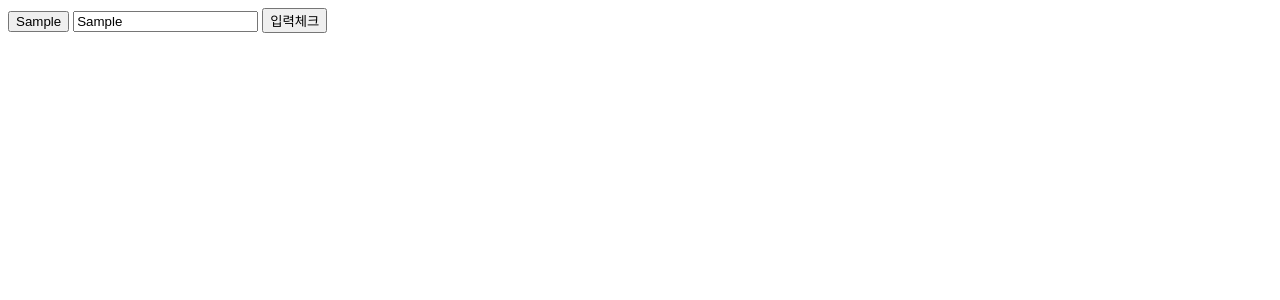
Repository: mjh1583/Hustar03_eGov
Page: http://localhost/JavaScript/js005.jsp
These files come from the project's save history. The page is drawn as it stood at one moment and after the next save; the edit follows.
The browser window is 1280 px wide. The pictures show the whole page.
Empty fields were first filled with sample values (such as "Sample", 5 or name@example.com).
After loading, the first visible `input[onclick="fn_check();"]` was clicked once.
The page is served by Tomcat 9.

Above is the page before, as saved 2021-05-06 06:38:02.

### workspace/JavaScript/src/main/webapp/js005.jsp
<%@ page language="java" contentType="text/html; charset=UTF-8"
    pageEncoding="UTF-8"%>
<!DOCTYPE html>
<html>
<head>
	<meta charset="UTF-8">
	<title>이벤트 - JQuery</title>
</head>
<body>
	<div>
		<input type="text" id="txt" class="cls_txt" name="txt" placeholder="입력란..."/>
		<input type="text" id="txt2" class="cls_txt" name="txt2" placeholder="입력란2..."/>
		<input type="button" value="입력체크" onclick="fn_check();"/>
	</div>

	<script src="https://code.jquery.com/jquery-3.6.0.js" ></script>
	<script type="text/javascript">
		function fn_check() {
			//$('#txt').val("testtest!!!");
			//$('.cls_txt').val("클래스 테스트 입니다.");
			//$('input').val("태그네임 selector");
			//$('input[name="txt"]').val("txt입니다.");

			//alert($('#txt').attr('type'));
			$('#txt').attr('type', 'button')

		}
	</script>
</body>
</html>

After the next save:
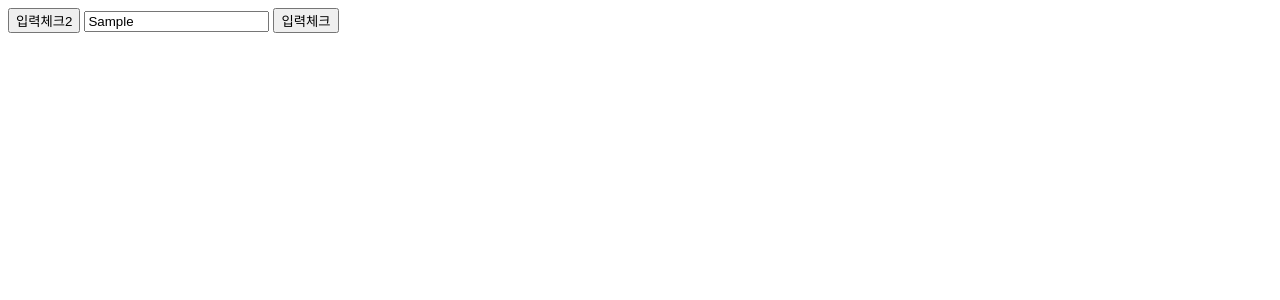
Saved 24 s later.
--- a/workspace/JavaScript/src/main/webapp/js005.jsp
+++ b/workspace/JavaScript/src/main/webapp/js005.jsp
@@ -22,7 +22,8 @@
 			//$('input[name="txt"]').val("txt입니다.");
 
 			//alert($('#txt').attr('type'));
-			$('#txt').attr('type', 'button')
+			$('#txt').attr('type', 'button');
+			$('#txt').val('입력체크2');
 
 		}
 	</script>
